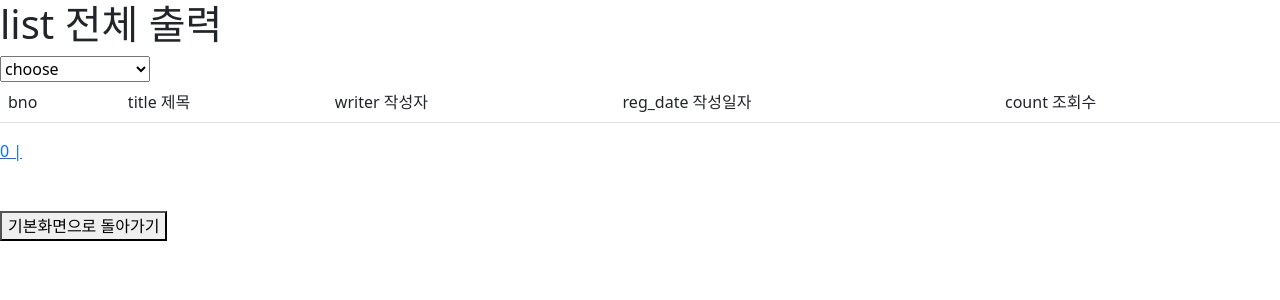
Repository: jungeunpark980906/back.jsp_study
Page: http://localhost/jsp_project2/board/list.jsp
The author's editor kept a copy of each file at every save. The page is drawn from the files as they stood at one save, then again after the next save.
The browser window is 1280 px wide. The pictures show the whole page.
The page is served by Tomcat 9. Other server files are loaded and not shown. The template is opened directly, without the code that normally fills it, so the values that code supplies are empty.

Above is the page before, as saved 2023-05-24 02:35:59.

### jsp_project2/jsp_project2/src/main/webapp/board/list.jsp
<%@ page language="java" contentType="text/html; charset=UTF-8"
    pageEncoding="UTF-8"%>
<%@ taglib prefix="c" uri="http://java.sun.com/jsp/jstl/core" %>
<!DOCTYPE html>
<html>
<head>
<meta charset="UTF-8">
<link href="https://cdn.jsdelivr.net/npm/bootstrap@5.1.3/dist/css/bootstrap.min.css" rel="stylesheet" integrity="sha384-1BmE4kWBq78iYhFldvKuhfTAU6auU8tT94WrHftjDbrCEXSU1oBoqyl2QvZ6jIW3" crossorigin="anonymous">
<title>List 전체출력페이지</title>

	</head>
<body>
	<h1>list 전체 출력</h1>

	<!-- 검색 -->
	<form action="/brd/page" method="post">
		<div>
			<select name="type">
				<option value="">choose</option>
				<option value="">title</option>
				<option value="">content</option>
				<option value="">writer</option>
				<option value="">title or contnent</option>
				<option value="">title or writer</option>
				<option value="">content or writer</option>

			</select>
		</div>




	</form>


	<table class="table table-hover">
		<thead>
			<tr>
				<td>bno</td>
				<td>title 제목</td>
				<td>writer 작성자</td>
				<td>reg_date 작성일자</td>
				<td>count 조회수</td>
			</tr>
		</thead>

		<tbody>
			<c:forEach items="${list }" var="list">
			<tr>
				<td>${list.bno }</td>
				<td><a href="detail?bno=${list.bno}">${list.title }</a></td>
				<td>${list.writer }</td>
				<td>${list.reg_date }</td>
				<td>${list.count }</td>
			</tr>
			</c:forEach>
		</tbody>
	</table>



	<!-- 페이지네이션의 위치 -->
	<!-- 이전페이지 -->
	<c:if test="${pgh.prev }">
	<a href="/brd/page?pageNo=${pgh.startPage-1 }&qty=${pgh.pgvo.qty}">이전</a>
	</c:if>

	<!-- controller에서 page의 정보를 싣고 와야 츨력~! -->
	<!-- 1~endpage까지 숫자 반복 -->
	<c:forEach begin="${pgh.startPage }" end="${pgh.endPage }" var="i">
		<a href="/brd/page?pageNo=${i }&qty=${pgh.pgvo.qty }">${i }  |</a>
	</c:forEach>

	<!-- 다음페이지 -->
	<c:if test="${pgh.next }">
	<a href="/brd/page?pageNo=${pgh.endPage+1 }&qty=${pgh.pgvo.qty}">▶</a>
	</c:if>

	<br><br><br>
	<a href="/"><button>기본화면으로 돌아가기</button></a>

</body>
</html>

After the next save:
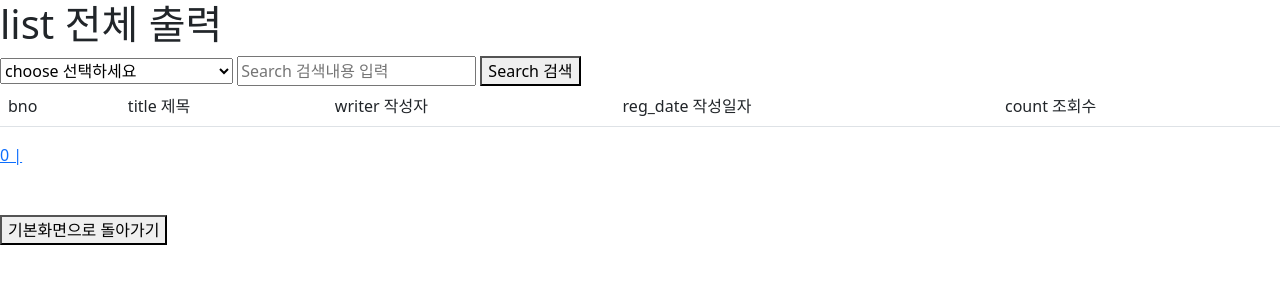
Saved 114 s later.
--- a/jsp_project2/jsp_project2/src/main/webapp/board/list.jsp
+++ b/jsp_project2/jsp_project2/src/main/webapp/board/list.jsp
@@ -16,15 +16,17 @@
 	<form action="/brd/page" method="post">
 		<div>
 			<select name="type">
-				<option value="">choose</option>
-				<option value="">title</option>
-				<option value="">content</option>
-				<option value="">writer</option>
-				<option value="">title or contnent</option>
-				<option value="">title or writer</option>
-				<option value="">content or writer</option>
-
+				<option value="">choose 선택하세요</option>
+				<option value="">title 제목</option>
+				<option value="">content 내용</option>
+				<option value="">writer 작성자</option>
+				<option value="">title or contnent 제목/내용</option>
+				<option value="">title or writer 제목/작성자</option>
+				<option value="">content or writer 내용/작성자</option>
+				<option value="">all 전체</option>
 			</select>
+			<input type="text" name="keyword" placeholder="Search 검색내용 입력">
+			<button type="submit">Search 검색</button>
 		</div>
 
 
